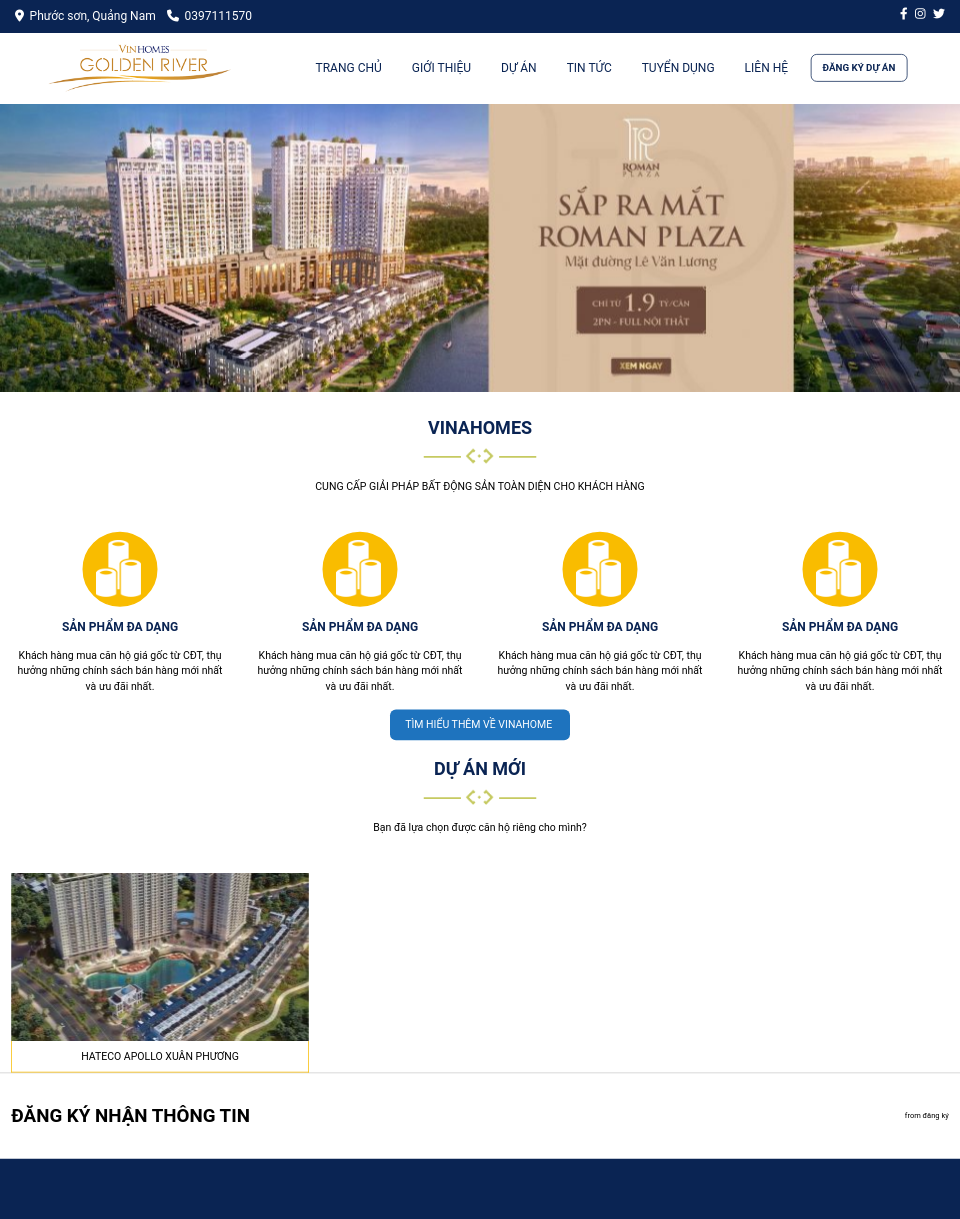
Repository: phamphuc2/fontend-bds
Page: index.html
An editor plug-in stored every save of this project. The page is shown before and after the next save, followed by the edit.
The browser window is 1280 px wide. The pictures show the part of the page from y = 0 to 1625 px (the page is 2088 px tall before and 2353 px after), at 75% of full size.
A picture or video elsewhere on the page could not be fetched, so the positions and the page height are approximate. Some web libraries are served in a nearby version.

Above is the page before, as saved 2022-06-08 15:52:50.

### index.html
<!DOCTYPE html>
<html lang="en">

<head>
    <meta charset="UTF-8">
    <meta http-equiv="X-UA-Compatible" content="IE=edge">
    <meta name="viewport" content="width=device-width, initial-scale=1.0">
    <title>BDS</title>
    <!-- linl css -->
    <link rel="stylesheet" href="libs/slick/slick.css">
    <link rel="stylesheet" href="libs/slick/slick-theme.css">
    <link rel="stylesheet" href="./assets/css/bootstrap.css">
    <link rel="stylesheet" href="./assets/css/theme.css">
    <link rel="stylesheet " href="./style.css ">
    <!-- link thư viện -->
    <link rel="stylesheet " href="https://cdnjs.cloudflare.com/ajax/libs/font-awesome/6.1.1/css/all.min.css ">
    <!-- link font -->
    <link rel="preconnect" href="https://fonts.googleapis.com">
    <link rel="preconnect" href="https://fonts.gstatic.com" crossorigin>
    <link href="https://fonts.googleapis.com/css2?family=Roboto+Flex:opsz,wght@8..144,200;8..144,300;8..144,400;8..144,500;8..144,600;8..144,700;8..144,800;8..144,900&display=swap" rel="stylesheet">
</head>

<body>
    <!-- Header -->
    <header class="header">
        <div class="header-top">
            <div class="container">
                <div class="inner">
                    <div class="box-left">
                        <div class="map">
                            <i class="fa-solid fa-location-dot"></i>
                            <span>Phước sơn, Quảng Nam</span>
                        </div>
                        <div class="phone">
                            <i class="fa-solid fa-phone"></i>
                            <span>0397111570</span>
                        </div>
                    </div>
                    <div class="box-right">
                        <ul class="list-info">
                            <li class="item">
                                <a href="">
                                    <i class="fa-brands fa-facebook-f"></i>
                                </a>
                            </li>
                            <li class="item">
                                <a href="">
                                    <i class="fa-brands fa-instagram"></i>
                                </a>
                            </li>
                            <li class="item">
                                <a href="">
                                    <i class="fa-brands fa-twitter"></i>
                                </a>
                            </li>
                        </ul>
                    </div>
                </div>
            </div>
        </div>

        <div class="header-bottom">
            <div class="container">
                <div class="inner">
                    <div class="header-bottom-left">
                        <a href="">
                            <div class="logo">
                                <img src="./assets/images/logo.png" alt="">
                            </div>
                        </a>
                    </div>
                    <div class="header-bottom-right">
                        <ul class="menu">
                            <li>
                                <a href="./index.html">Trang chủ</a>
                            </li>
                            <li>
                                <a href="./about.html">Giới Thiệu</a>
                            </li>
                            <li>
                                <a href="./taxonomy.html">Dự Án</a>
                            </li>
                            <li>
                                <a href="./taxonomy.html">Tin Tức</a>
                            </li>
                            <li>
                                <a href="./blogs.html">Tuyển Dụng</a>
                            </li>
                            <li>
                                <a href="./contact.html">Liên hệ</a>
                            </li>
                        </ul>
                        <div class="btn-project">
                            <a href="">ĐĂNG KÝ DỰ ÁN</a>
                        </div>
                    </div>

                </div>
            </div>
        </div>
    </header>
    <!-- End header -->

    <!-- slide-home -->
    <section class="slide-home">
        <div class="box-slide">
            <div class="box-item">
                <div class="img-wrap">
                    <img src="/assets/images/slide-bg-1.jpg" alt="">
                </div>
                <div class="img-wrap">
                    <img src="./assets/images/slide-bg-2.jpg" alt="">
                </div>
                <div class="img-wrap">
                    <img src="./assets/images/slide-bg-3.jpg" alt="">
                </div>

            </div>
        </div>
        <div class="arrow">
            <a class="arrow-left">
                <i class="fa-solid fa-chevron-left icon-arrow-left"></i>
            </a>
            <a class="arrow-right">
                <i class="fa-solid fa-chevron-right icon-arrow-right"></i>
            </a>
        </div>
    </section>
    <!-- end slide-home -->

    <!-- section vinahome -->
    <section class="vinahome">
        <div class="container">
            <div class="row">
               <div class="col-12">
                    <div class="inner-top">
                        <h2 class="title">VINAHOMES</h2>
                        <div class="is-drive"></div>
                        <p class="desc">CUNG CẤP GIẢI PHÁP BẤT ĐỘNG SẢN TOÀN DIỆN CHO KHÁCH HÀNG</p>
                    </div>
               </div>
               <div class="col-lg-3">
                  <div class="item">
                        <div class="icon">
                            <img src="./assets/images/icon1.png" alt="">
                        </div>
                        <div class="content">
                            <h2 class="title">SẢN PHẨM ĐA DẠNG</h2>
                        <p class="desc">Khách hàng mua căn hộ giá gốc từ CĐT, thụ hưởng những chính sách bán hàng mới nhất và ưu đãi nhất.</p>
                        </div>
                  </div>
               </div>
               <div class="col-lg-3">
                <div class="item">
                      <div class="icon">
                          <img src="./assets/images/icon1.png" alt="">
                      </div>
                      <div class="content">
                          <h2 class="title">SẢN PHẨM ĐA DẠNG</h2>
                      <p class="desc">Khách hàng mua căn hộ giá gốc từ CĐT, thụ hưởng những chính sách bán hàng mới nhất và ưu đãi nhất.</p>
                      </div>
                </div>
             </div>
             <div class="col-lg-3">
                <div class="item">
                      <div class="icon">
                          <img src="./assets/images/icon1.png" alt="">
                      </div>
                      <div class="content">
                          <h2 class="title">SẢN PHẨM ĐA DẠNG</h2>
                      <p class="desc">Khách hàng mua căn hộ giá gốc từ CĐT, thụ hưởng những chính sách bán hàng mới nhất và ưu đãi nhất.</p>
                      </div>
                </div>
             </div>
             <div class="col-lg-3">
                <div class="item">
                      <div class="icon">
                          <img src="./assets/images/icon1.png" alt="">
                      </div>
                      <div class="content">
                          <h2 class="title">SẢN PHẨM ĐA DẠNG</h2>
                      <p class="desc">Khách hàng mua căn hộ giá gốc từ CĐT, thụ hưởng những chính sách bán hàng mới nhất và ưu đãi nhất.</p>
                      </div>
                </div>
             </div>
            <div class="col-12">
                <div class="btn-learn-about">
                    <a href="">
                        TÌM HIỂU THÊM VỀ VINAHOME
                        <svg width="30" height="8" viewBox="0 0 30 8" fill="none" xmlns="http://www.w3.org/2000/svg">
                            <path d="M29.3536 4.35355C29.5488 4.15829 29.5488 3.84171 29.3536 3.64645L26.1716 0.464466C25.9763 0.269204 25.6597 0.269204 25.4645 0.464466C25.2692 0.659728 25.2692 0.976311 25.4645 1.17157L28.2929 4L25.4645 6.82843C25.2692 7.02369 25.2692 7.34027 25.4645 7.53553C25.6597 7.7308 25.9763 7.7308 26.1716 7.53553L29.3536 4.35355ZM0 4.5H29V3.5H0V4.5Z" fill="#fff"></path>
                        </svg>
                    </a>

                </div>
            </div>

            </div>
        </div>
    </section>
    <!-- end section vinahome -->

    <!-- section project -->
        <section class="project">
            <div class="container">
                <div class="row">
                    <div class="col-12">
                        <div class="inner-top">
                            <h2 class="title">DỰ ÁN MỚI</h2>
                            <div class="is-drive"></div>
                            <p class="desc">Bạn đã lựa chọn được căn hộ riêng cho mình?</p>
                        </div>
                   </div>
                   <div class="col-lg-4">
                       <a href="" class="item">
                           <div class="img-wrap">
                               <img src="./assets/images/project1.jpg" alt="">
                           </div>
                           <div class="item-content">
                               <p class="title">HATECO APOLLO XUÂN PHƯƠNG</p>
                           </div>
                       </a>
                   </div>
                </div>
            </div>
        </section>
    <!-- end section project -->
    <!-- footer -->
    <footer class="footer">
        <div class="footer-top">
            <div class="container">
                <div class="item">
                    <div class="title">ĐĂNG KÝ NHẬN THÔNG TIN</div>
                    <div class="from">
                        from đăng ký
                    </div>
                </div>
            </div>
        </div>
        <div class="footer-main">
            <div class="container">
                <div class="row">
                    <div class="col-md-6 col-lg-3">
                        <div class="footer-info">
                            <span class="title">THÔNG TIN LIÊN HỆ</span>
                            <ul class="box-info">
                                <li class="item">
                                    <i class="fa-solid fa-location-dot icon-footer"></i>
                                    <a href="" class="text">Phước Sơn, Quảng Nam</a>
                                </li>
                                <li class="item">
                                    <i class="fa-solid fa-phone icon-footer"></i>
                                    <a href="" class="text">0397111570</a>
                                </li>
                                <li class="item">
                                    <i class="fa-solid fa-envelope-open-text icon-footer"></i>
                                    <a href="" class="text">mac.convstar@gmail.com</a>
                                </li>
                                <li class="item">
                                    <i class="fa-brands fa-skype icon-footer"></i>
                                    <a href="" class="text">phamphuc</a>
                                </li>
                            </ul>
                        </div>
                    </div>
                    <div class="col-md-6 col-lg-3">
                        <div class="box-link">
                            <span class="title">LIÊN KẾT</span>
                            <ul class="item-link">
                                <li class="item">
                                    <a href="">Giới thiệu</a>
                                </li>
                                <li class="item">
                                    <a href="">Đồng hồ nam</a>
                                </li>
                                <li class="item">
                                    <a href="">Đồng hồ nữ</a>
                                </li>
                                <li class="item">
                                    <a href="">Blogs</a>
                                </li>
                                <li class="item">
                                    <a href="">Liên hệ</a>
                                </li>
                            </ul>
                        </div>
                    </div>
                    <div class="col-md-6 col-lg-3">
                        <div class="box-link">
                            <span class="title">HỖ TRỢ KHÁCH HÀNG</span>
                            <ul class="item-link">
                                <li class="item">
                                    <a href="">Hướng dẫn mua hàng</a>
                                </li>
                                <li class="item">
                                    <a href="">Hướng dẫn thanh toán</a>
                                </li>
                                <li class="item">
                                    <a href="">Chính sách bảo hành</a>
                                </li>
                                <li class="item">
                                    <a href="">Chính sách đổi trả</a>
                                </li>
                                <li class="item">
                                    <a href="">Tư vấn khách hàng</a>
                                </li>
                            </ul>
                        </div>
                    </div>
                    <div class="col-md-6 col-lg-3">
                        <div class="footer-social">
                            <span class="title">PP STORE ON SOCIAL</span>
                            <ul class="box-social">
                                <li class="item-social">
                                    <a href="">
                                        <i class="fa-brands fa-facebook-f icon-social"></i>
                                    </a>
                                </li>
                                <li class="item-social">
                                    <a href="">
                                        <i class="fa-brands fa-instagram icon-social"></i>
                                    </a>
                                </li>
                                <li class="item-social">
                                    <a href="">
                                        <i class="fa-brands fa-twitter icon-social"></i>
                                    </a>
                                </li>
                                <li class="item-social">
                                    <a href="">
                                        <i class="fa-solid fa-rss icon-social"></i>
                                    </a>
                                </li>
                                <li class="item-social">
                                    <a href="">
                                        <i class="fa-brands fa-linkedin-in icon-social"></i>
                                    </a>
                                </li>
                            </ul>
                            <span class="title">CHỨNG NHẬN PP STORE</span>
                            <div class="footer-vn_registered">
                                <img src="./assets/images/chungnhan.png" alt="">
                            </div>
                        </div>
                    </div>
                </div>
            </div>
        </div>
        <div class="footer-bottom">
            <div class="container">
                <div class="copy-right">© Bản quyền thuộc về . Thiết kế website PP Store </div>
            </div>
        </div>
    </footer>
    <!-- footer -->








    <script src="./assets/js/jquery.min.js"></script>
    <script src="libs/slick/slick.min.js"></script>
    <script src="./assets/js/theme.js"></script>
</body>

</html>

### style.css
/*!
    Theme Name: ppstore
    Theme URI: https://ppstore.vn
    Author: Sticky.vn
    Author URI: https://ppstore.vn
    Description: Website duoc thiet ke boi ppstore
    Version: 1.0.0
    License: GNU General Public License v2 or later
    License URI: LICENSE
    Text Domain: ppstore
*/


/*
|--------------------------------------------------------------------------
| Theme CSS
|--------------------------------------------------------------------------
|
| About author: https://ppstore.vn/
|
*/

:root {
    --primary-color: #EDD54B;
    --btn-color: #78944F;
    --background-main: #E5E5E5;
    --white-color: #ffffff;
    --dark-color: #373737;
    --gray-color: #D3D3D3;
    --gray-color-2: #F2F2F2;
    --text-color: #000;
    --border-color: #5A6B31;
    --font-family: 'Roboto', sans-serif;
    --border-radius: 8px;
}

.container {
    width: 1400px;
    max-width: 100%;
    margin: 0 auto;
    padding-left: 15px;
    padding-right: 15px;
}

html {
    font-family: var(--font-family);
    font-size: 62.5%;
    /*tương đương 10px*/
    line-height: 1.5;
    background-color: var(--white-color);
    overflow-x: hidden;
}

h1,
h2,
h3,
h4,
h5,
h6,
strong {
    font-family: var(--font-family), sans-serif;
    font-weight: bold;
}

ul,
ol {
    list-style: none;
}

a {
    color: var(--text-color);
    text-decoration: none;
    transition: all .3s ease-in-out;
    -webkit-transition: all .3s ease-in-out;
}

img {
    width: 100%;
    height: auto;
    object-fit: cover;
    transition: all .3s ease-in-out;
    -webkit-transition: all .3s ease-in-out;
}

.img-wrap {
    position: relative;
    height: auto;
    overflow: hidden;
    background-position: 50% 50%;
    background-size: cover;
    padding-top: 56.25%;
}

.img-wrap img {
    display: inline-block;
    vertical-align: middle;
    max-width: 100%;
    transform: translateZ(0);
    margin: 0 auto;
    right: 0;
    width: 100%;
    height: 100%;
    bottom: 0;
    left: 0;
    top: 0;
    position: absolute;
    object-position: 50% 50%;
    object-fit: cover;
}

.block-title {
    width: 80%;
    margin: 0 auto;
    margin-bottom: 32px
}

.block-title .title {
    font-family: var(--font-family);
    font-weight: 400;
    font-size: 3.2rem;
    line-height: 31px;
    color: var(--text-color);
    text-transform: uppercase;
}

.text-center {
    text-align: center;
}

.bg-image {
    background-repeat: no-repeat;
    background-position: center;
    background-size: cover;
}

.d-flex_align-center {
    display: flex;
    align-items: center;
}

.grid {
    display: flex;
    flex-wrap: wrap;
    margin-left: -20px;
}

.grid-item {
    padding-left: -20px;
}

.btn,
button {
    background: transparent;
    border: none;
    font-size: 1.4rem;
    outline: none;
}

.btn-border {
    border: 1px solid var(--border-color);
    border-radius: 8px;
    color: var(--border-color);
    font-weight: 500;
}

.section {
    padding: 40px 0;
}


/* Responsive */

@media screen and (max-width: 991px) {}

@media screen and (max-width: 767px) {}


/* End Responsive */

Loaded but not shown: libs/slick/slick.css (common file); libs/slick/slick-theme.css (library); assets/css/bootstrap.css (library); assets/js/jquery.min.js (library); libs/slick/slick.min.js (library); assets/js/theme.js (88 lines, source omitted); assets/css/theme.css (417 lines, source omitted)

After the next save:
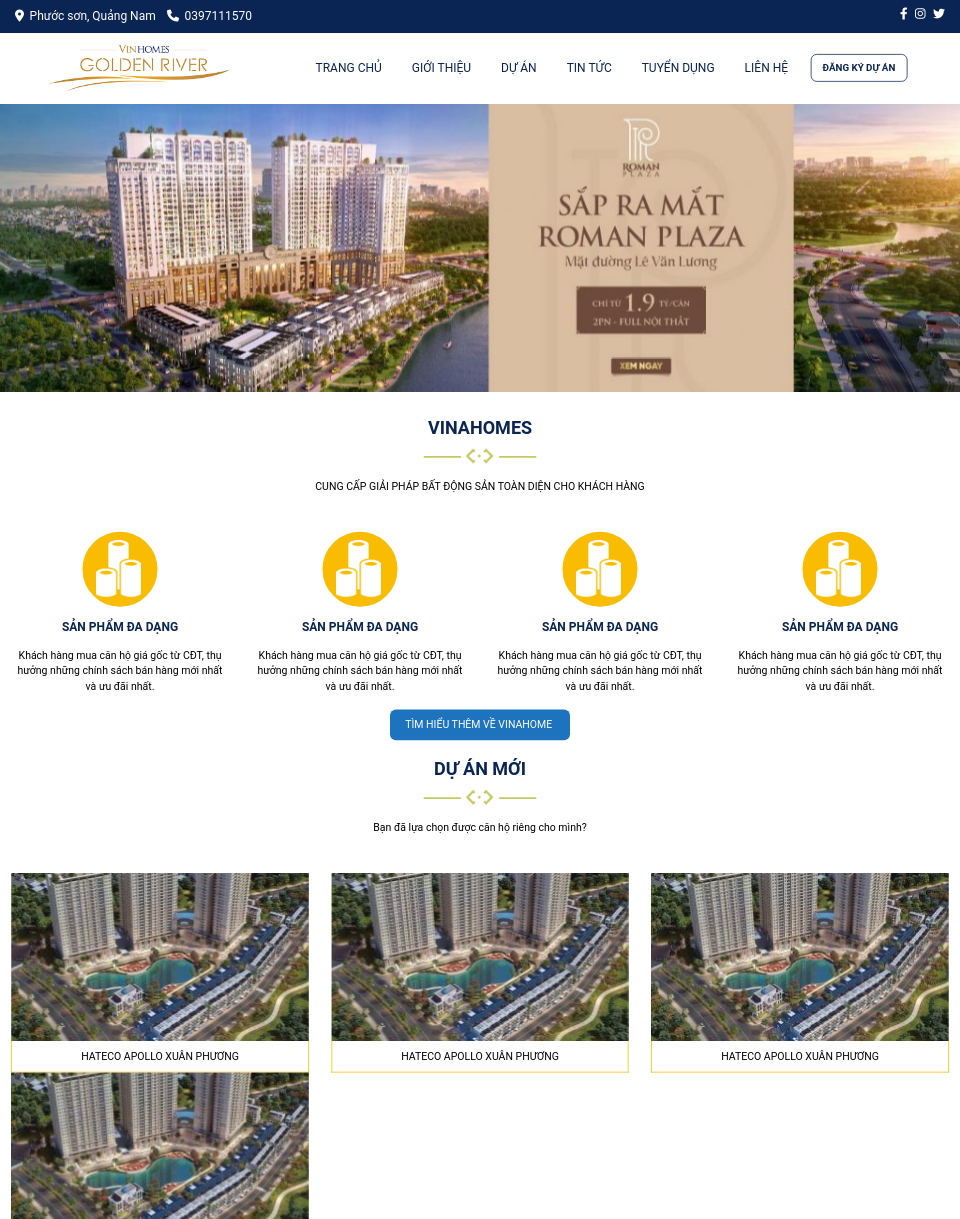
Saved 21 s later.
--- a/index.html
+++ b/index.html
@@ -221,6 +221,36 @@
                            </div>
                        </a>
                    </div>
+                   <div class="col-lg-4">
+                    <a href="" class="item">
+                        <div class="img-wrap">
+                            <img src="./assets/images/project1.jpg" alt="">
+                        </div>
+                        <div class="item-content">
+                            <p class="title">HATECO APOLLO XUÂN PHƯƠNG</p>
+                        </div>
+                    </a>
+                </div>
+                <div class="col-lg-4">
+                    <a href="" class="item">
+                        <div class="img-wrap">
+                            <img src="./assets/images/project1.jpg" alt="">
+                        </div>
+                        <div class="item-content">
+                            <p class="title">HATECO APOLLO XUÂN PHƯƠNG</p>
+                        </div>
+                    </a>
+                </div>
+                <div class="col-lg-4">
+                    <a href="" class="item">
+                        <div class="img-wrap">
+                            <img src="./assets/images/project1.jpg" alt="">
+                        </div>
+                        <div class="item-content">
+                            <p class="title">HATECO APOLLO XUÂN PHƯƠNG</p>
+                        </div>
+                    </a>
+                </div>
                 </div>
             </div>
         </section>
